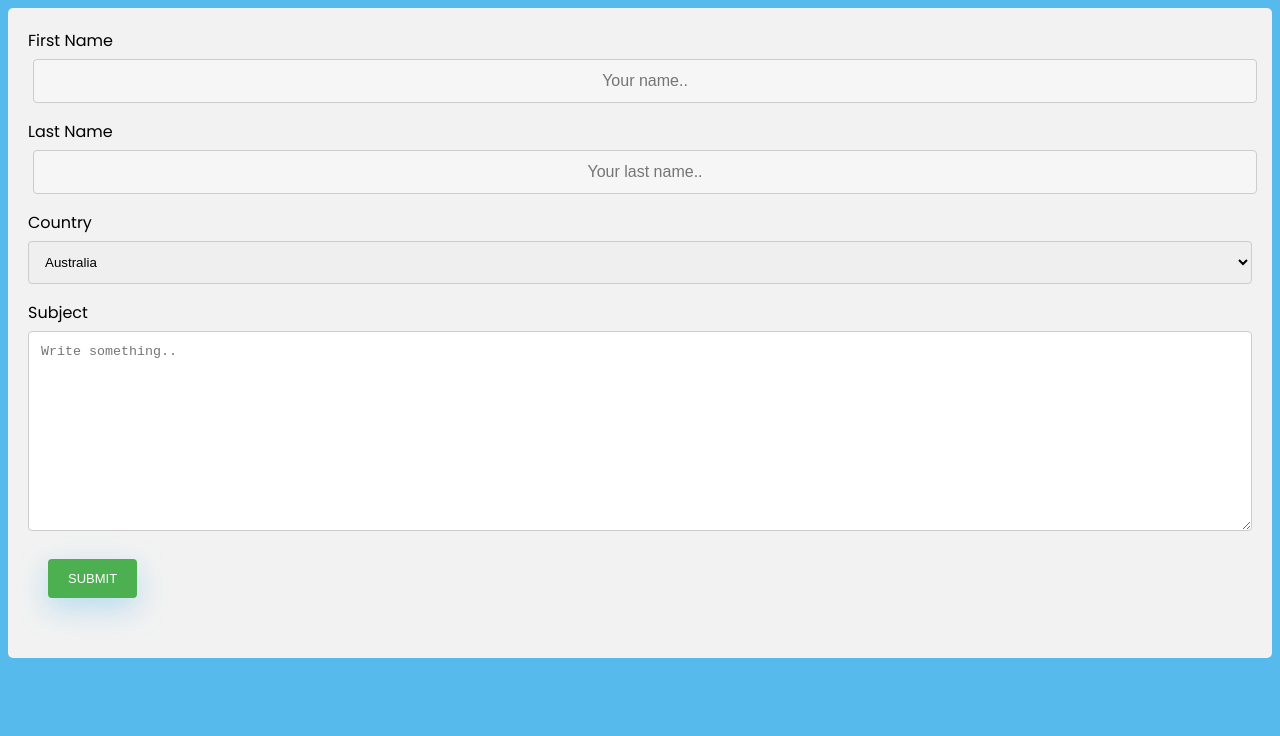
Repository: jas-fullstack/demomean
Page: /contact-us (app in Angular 6/)
The author's editor kept a copy of each file at every save. The page is drawn from the files as they stood at one save, then again after a run of saves.
The browser window is 1280 px wide. The pictures show the whole page.
The project was rebuilt for these pictures with package versions that can differ from the ones it lists, and the page was loaded fresh each time. Also part of the build but not shown: Angular 6/angular.json, Angular 6/src/app/user/user.component.ts, Angular 6/src/app/user/sign-up/sign-up.component.ts, Angular 6/src/app/user/sign-in/sign-in.component.ts, Angular 6/src/app/user-profile/user-profile.component.ts.

Above is the page before, as saved 2018-10-04 14:18:57.

### Angular 6/src/styles.css
/* You can add global styles to this file, and also import other style files */
@import url('https://fonts.googleapis.com/css?family=Poppins');

/* BASIC */

html {
  background-color: #56baed;
}

body {
  font-family: "Poppins", sans-serif;
  height: 100vh;
}

a {
  color: #92badd;
  display:inline-block;
  text-decoration: none;
  font-weight: 400;
}

h2 {
  text-align: center;
  font-size: 16px;
  font-weight: 600;
  text-transform: uppercase;
  display:inline-block;
  margin: 40px 8px 10px 8px;
  color: #cccccc;
}



/* STRUCTURE */

.wrapper {
  display: flex;
  align-items: center;
  flex-direction: column;
  justify-content: center;
  width: 100%;
  padding: 20px;
}

#formContent {
  -webkit-border-radius: 10px 10px 10px 10px;
  border-radius: 10px 10px 10px 10px;
  background: #fff;
  padding: 30px;
  width: 90%;
  max-width: 450px;
  position: relative;
  padding: 0px;
  -webkit-box-shadow: 0 30px 60px 0 rgba(0,0,0,0.3);
  box-shadow: 0 30px 60px 0 rgba(0,0,0,0.3);
  text-align: center;
}

#formFooter {
  background-color: #f6f6f6;
  border-top: 1px solid #dce8f1;
  padding: 25px;
  text-align: center;
  -webkit-border-radius: 0 0 10px 10px;
  border-radius: 0 0 10px 10px;
}



/* TABS */

h2.inactive {
  color: #cccccc;
}

h2.active {
  color: #0d0d0d;
  border-bottom: 2px solid #5fbae9;
}



/* FORM TYPOGRAPHY*/

input[type=button], input[type=submit], input[type=reset]  {
  cursor: pointer;
  background-color: #56baed;
  border: none;
  color: white;
  padding: 15px 80px;
  text-align: center;
  text-decoration: none;
  display: inline-block;
  text-transform: uppercase;
  font-size: 13px;
  -webkit-box-shadow: 0 10px 30px 0 rgba(95,186,233,0.4);
  box-shadow: 0 10px 30px 0 rgba(95,186,233,0.4);
  -webkit-border-radius: 5px 5px 5px 5px;
  border-radius: 5px 5px 5px 5px;
  margin: 5px 20px 40px 20px;
  -webkit-transition: all 0.3s ease-in-out;
  -moz-transition: all 0.3s ease-in-out;
  -ms-transition: all 0.3s ease-in-out;
  -o-transition: all 0.3s ease-in-out;
  transition: all 0.3s ease-in-out;
}

input[type=button]:hover, input[type=submit]:hover, input[type=reset]:hover  {
  background-color: #39ace7;
}

input[type=button]:active, input[type=submit]:active, input[type=reset]:active  {
  -moz-transform: scale(0.95);
  -webkit-transform: scale(0.95);
  -o-transform: scale(0.95);
  -ms-transform: scale(0.95);
  transform: scale(0.95);
}

input[type=submit]:disabled{
  background-color: grey;
  color: white;
}

input[type=text],input[type=password] {
  background-color: #f6f6f6;
  border: none;
  color: #0d0d0d;
  padding: 15px 32px;
  text-align: center;
  text-decoration: none;
  display: inline-block;
  font-size: 16px;
  margin: 5px;
  width: 85%;
  border: 2px solid #f6f6f6;
  -webkit-transition: all 0.5s ease-in-out;
  -moz-transition: all 0.5s ease-in-out;
  -ms-transition: all 0.5s ease-in-out;
  -o-transition: all 0.5s ease-in-out;
  transition: all 0.5s ease-in-out;
  -webkit-border-radius: 5px 5px 5px 5px;
  border-radius: 5px 5px 5px 5px;
}

input[type=text]:focus,input[type=password]:focus {
  background-color: #fff;
  border-bottom: 2px solid #5fbae9;
}

input[type=text]:placeholder {
  color: #cccccc;
}

input[type=text].invalid-textbox,input[type=password].invalid-textbox{
border-bottom: 2px solid #ed5558;
}

label.validation-message{
  color:#ed5558;
}



/* ANIMATIONS */

/* Simple CSS3 Fade-in-down Animation */
.fadeInDown {
  -webkit-animation-name: fadeInDown;
  animation-name: fadeInDown;
  -webkit-animation-duration: 1s;
  animation-duration: 1s;
  -webkit-animation-fill-mode: both;
  animation-fill-mode: both;
}

@-webkit-keyframes fadeInDown {
  0% {
    opacity: 0;
    -webkit-transform: translate3d(0, -100%, 0);
    transform: translate3d(0, -100%, 0);
  }
  100% {
    opacity: 1;
    -webkit-transform: none;
    transform: none;
  }
}

@keyframes fadeInDown {
  0% {
    opacity: 0;
    -webkit-transform: translate3d(0, -100%, 0);
    transform: translate3d(0, -100%, 0);
  }
  100% {
    opacity: 1;
    -webkit-transform: none;
    transform: none;
  }
}

/* Simple CSS3 Fade-in Animation */
@-webkit-keyframes fadeIn { from { opacity:0; } to { opacity:1; } }
@-moz-keyframes fadeIn { from { opacity:0; } to { opacity:1; } }
@keyframes fadeIn { from { opacity:0; } to { opacity:1; } }

.fadeIn {
  opacity:0;
  -webkit-animation:fadeIn ease-in 1;
  -moz-animation:fadeIn ease-in 1;
  animation:fadeIn ease-in 1;

  -webkit-animation-fill-mode:forwards;
  -moz-animation-fill-mode:forwards;
  animation-fill-mode:forwards;

  -webkit-animation-duration:1s;
  -moz-animation-duration:1s;
  animation-duration:1s;
}

.fadeIn.first {
  -webkit-animation-delay: 0.4s;
  -moz-animation-delay: 0.4s;
  animation-delay: 0.4s;
}

.fadeIn.second {
  -webkit-animation-delay: 0.6s;
  -moz-animation-delay: 0.6s;
  animation-delay: 0.6s;
}

.fadeIn.third {
  -webkit-animation-delay: 0.8s;
  -moz-animation-delay: 0.8s;
  animation-delay: 0.8s;
}

.fadeIn.fourth {
  -webkit-animation-delay: 1s;
  -moz-animation-delay: 1s;
  animation-delay: 1s;
}

/* Simple CSS3 Fade-in Animation */
.underlineHover:after {
  display: block;
  left: 0;
  bottom: -10px;
  width: 0;
  height: 2px;
  background-color: #56baed;
  content: "";
  transition: width 0.2s;
}

.underlineHover:hover {
  color: #0d0d0d;
}

.underlineHover:hover:after{
  width: 100%;
}



/* OTHERS */

*:focus {
    outline: none;
}

#icon {
  width:50%;
}

* {
  box-sizing: border-box;
}


.alert {
  padding: 20px;
  background-color: #f44336; /* Red */
  color: white;
  margin-bottom: 15px;
}

.success{
  padding: 20px;
  background-color:#249424; /* Green */
  color: white;
  margin-bottom: 15px;
}

/* Table Styles */
.table-fill {
  background: white;
  border-radius:3px;
  border-collapse: collapse;
  height: 320px;
  margin: auto;
  max-width: 600px;
  padding:5px;
  width: 100%;
  box-shadow: 0 5px 10px rgba(0, 0, 0, 0.1);
  animation: float 5s infinite;
}

th {
  color:#D5DDE5;;
  background:#1b1e24;
  border-bottom:4px solid #9ea7af;
  border-right: 1px solid #343a45;
  font-size:23px;
  font-weight: 100;
  padding:24px;
  text-align:left;
  text-shadow: 0 1px 1px rgba(0, 0, 0, 0.1);
  vertical-align:middle;
}

th:first-child {
  border-top-left-radius:3px;
}

th:last-child {
  border-top-right-radius:3px;
  border-right:none;
}

tr {
  border-top: 1px solid #C1C3D1;
  border-bottom-: 1px solid #C1C3D1;
  color:#666B85;
  font-size:16px;
  font-weight:normal;
  text-shadow: 0 1px 1px rgba(256, 256, 256, 0.1);
}

tr:first-child {
  border-top:none;
}

tr:last-child {
  border-bottom:none;
}

tr:nth-child(odd) td {
  background:#EBEBEB;
}

tr:last-child td:first-child {
  border-bottom-left-radius:3px;
}

tr:last-child td:last-child {
  border-bottom-right-radius:3px;
}

td {
  background:#FFFFFF;
  padding:20px;
  text-align:left;
  vertical-align:middle;
  font-weight:300;
  font-size:18px;
  text-shadow: -1px -1px 1px rgba(0, 0, 0, 0.1);
  border-right: 1px solid #C1C3D1;
}

td:last-child {
  border-right: 0px;
}

th.text-left {
  text-align: left;
}

th.text-center {
  text-align: center;
}

th.text-right {
  text-align: right;
}

td.text-left {
  text-align: left;
}

td.text-center {
  text-align: center;
}

td.text-right {
  text-align: right;
}

### Angular 6/src/app/app.module.ts
// built-in
import { BrowserModule } from '@angular/platform-browser';
import { NgModule } from '@angular/core';
import { FormsModule } from '@angular/forms';
import { RouterModule } from '@angular/router';
import { HttpClientModule,HTTP_INTERCEPTORS } from '@angular/common/http';
// components
import { AppComponent } from './app.component';
import { UserComponent } from './user/user.component';
import { SignUpComponent } from './user/sign-up/sign-up.component';
//routes
import { appRoutes } from './routes';
import { UserProfileComponent } from './user-profile/user-profile.component';
import { SignInComponent } from './user/sign-in/sign-in.component';
import { UserService } from './shared/user.service';
//other
import { AuthGuard } from './auth/auth.guard';
import { AuthInterceptor } from './auth/auth.interceptor';
import { ContactusComponent } from './contactus/contactus.component';

@NgModule({
  declarations: [
    AppComponent,
    UserComponent,
    SignUpComponent,
    UserProfileComponent,
    SignInComponent,
    ContactusComponent
  ],
  imports: [
    BrowserModule,
    FormsModule,
    RouterModule.forRoot(appRoutes),
    HttpClientModule
  ],
  providers: [{
    provide: HTTP_INTERCEPTORS,
    useClass: AuthInterceptor,
    multi: true
  },AuthGuard,UserService],
  bootstrap: [AppComponent]
})
export class AppModule { }

### Angular 6/src/environments/environment.ts
// This file can be replaced during build by using the `fileReplacements` array.
// `ng build ---prod` replaces `environment.ts` with `environment.prod.ts`.
// The list of file replacements can be found in `angular.json`.

export const environment = {
  production: false,
  apiBaseUrl: 'http://localhost:3002/api'
};

/*
 * In development mode, to ignore zone related error stack frames such as
 * `zone.run`, `zoneDelegate.invokeTask` for easier debugging, you can
 * import the following file, but please comment it out in production mode
 * because it will have performance impact when throw error
 */
// import 'zone.js/dist/zone-error';  // Included with Angular CLI.

### Angular 6/src/app/routes.ts
import { Routes } from '@angular/router';
import { UserComponent } from './user/user.component';
import { SignUpComponent } from './user/sign-up/sign-up.component';
import { SignInComponent } from './user/sign-in/sign-in.component';
import { UserProfileComponent } from './user-profile/user-profile.component';
import { AuthGuard } from './auth/auth.guard';
import { ContactusComponent } from './contactus/contactus.component';

export const appRoutes: Routes = [
    {
        path: 'signup', component: UserComponent,
        children: [{ path: '', component: SignUpComponent }]
    },
    {
        path: 'login', component: UserComponent,
        children: [{ path: '', component: SignInComponent }]
    },
    {
        path: 'contact-us', component: ContactusComponent,
    },
    {
        path: 'userprofile', component: UserProfileComponent,canActivate:[AuthGuard]
    },
    {
        path: '', redirectTo: '/login', pathMatch: 'full'
    },

];

### Angular 6/src/app/shared/user.service.ts
import { Injectable } from '@angular/core';
import { HttpClient, HttpHeaders } from '@angular/common/http';

import { environment } from '../../environments/environment';
import { User } from './user.model';

@Injectable({
  providedIn: 'root'
})
export class UserService {
  selectedUser: User = {
    fullName: '',
    email: '',
    password: ''
  };

  noAuthHeader = { headers: new HttpHeaders({ 'NoAuth': 'True' }) };

  constructor(private http: HttpClient) { }

  //HttpMethods

  postUser(user: User){
    return this.http.post(environment.apiBaseUrl+'/register',user,this.noAuthHeader);
  }

  login(authCredentials) {
    return this.http.post(environment.apiBaseUrl + '/authenticate', authCredentials,this.noAuthHeader);
  }

  getUserProfile() {
    return this.http.get(environment.apiBaseUrl + '/userProfile');
  }


  //Helper Methods

  setToken(token: string) {
    localStorage.setItem('token', token);
  }

  getToken() {
    return localStorage.getItem('token');
  }

  deleteToken() {
    localStorage.removeItem('token');
  }

  getUserPayload() {
    var token = this.getToken();
    if (token) {
      var userPayload = atob(token.split('.')[1]);
      return JSON.parse(userPayload);
    }
    else
      return null;
  }

  isLoggedIn() {
    var userPayload = this.getUserPayload();
    if (userPayload)
      return userPayload.exp > Date.now() / 1000;
    else
      return false;
  }
}

### Angular 6/src/app/contactus/contactus.component.html
<div class="container">
  <form action="action_page.php">

    <label for="fname">First Name</label>
    <input type="text" id="fname" name="firstname" placeholder="Your name..">

    <label for="lname">Last Name</label>
    <input type="text" id="lname" name="lastname" placeholder="Your last name..">

    <label for="country">Country</label>
    <select id="country" name="country">
      <option value="australia">Australia</option>
      <option value="canada">Canada</option>
      <option value="usa">USA</option>
    </select>

    <label for="subject">Subject</label>
    <textarea id="subject" name="subject" placeholder="Write something.." style="height:200px"></textarea>

    <input type="submit" value="Submit">

  </form>
</div>

### Angular 6/src/app/contactus/contactus.component.css
/* Style inputs with type="text", select elements and textareas */
input[type=text], select, textarea {
    width: 100%; /* Full width */
    padding: 12px; /* Some padding */
    border: 1px solid #ccc; /* Gray border */
    border-radius: 4px; /* Rounded borders */
    box-sizing: border-box; /* Make sure that padding and width stays in place */
    margin-top: 6px; /* Add a top margin */
    margin-bottom: 16px; /* Bottom margin */
    resize: vertical /* Allow the user to vertically resize the textarea (not horizontally) */
}

/* Style the submit button with a specific background color etc */
input[type=submit] {
    background-color: #4CAF50;
    color: white;
    padding: 12px 20px;
    border: none;
    border-radius: 4px;
    cursor: pointer;
}

/* When moving the mouse over the submit button, add a darker green color */
input[type=submit]:hover {
    background-color: #45a049;
}

/* Add a background color and some padding around the form */
.container {
    border-radius: 5px;
    background-color: #f2f2f2;
    padding: 20px;
}

Loaded but not shown: Angular 6/src/index.html (common file); Angular 6/src/main.ts (common file); Angular 6/src/app/app.component.ts (common file); Angular 6/src/app/auth/auth.guard.ts (common file); Angular 6/src/app/auth/auth.interceptor.ts (common file); Angular 6/src/app/contactus/contactus.component.ts (common file); Angular 6/src/app/app.component.html (common file); Angular 6/src/app/app.component.css (no stored copy; drawn as an empty file)

After the next 4 saves:
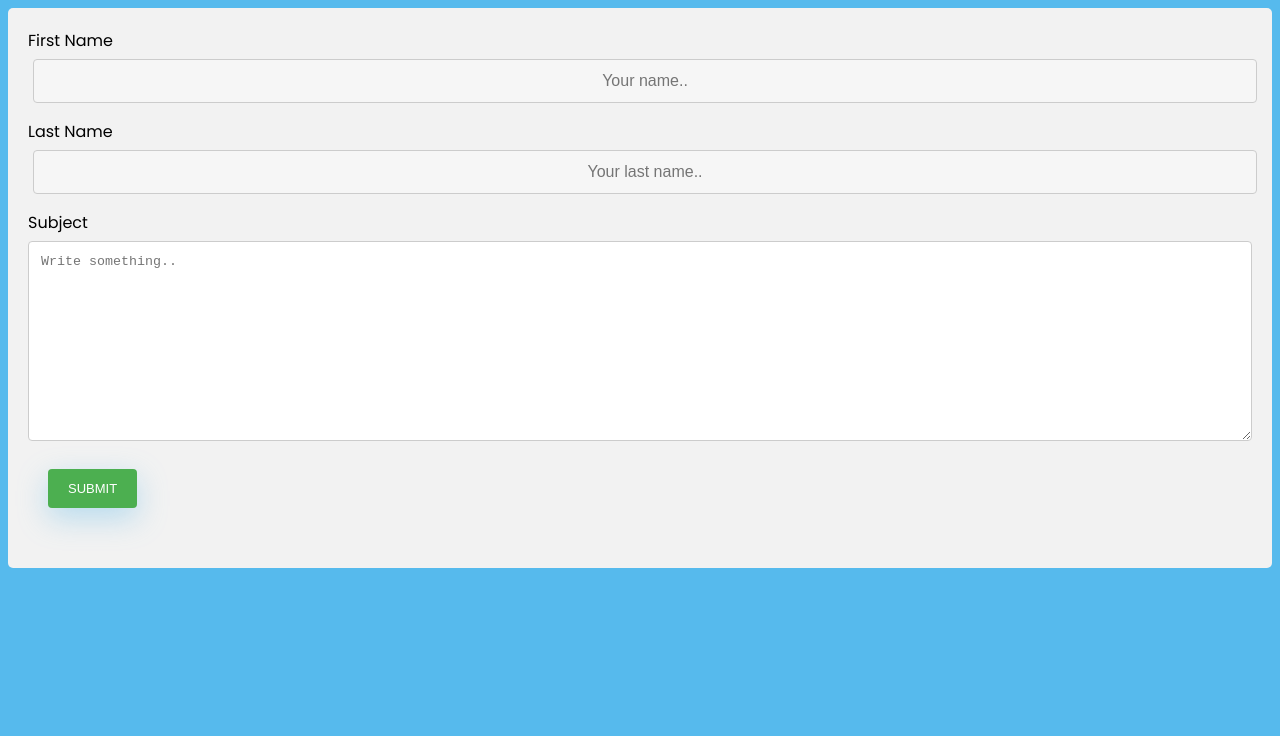
The 4 saves are shown as one change because they came seconds apart.
The last was saved 33 s later.
--- a/Angular 6/src/app/contactus/contactus.component.html
+++ b/Angular 6/src/app/contactus/contactus.component.html
@@ -7,13 +7,6 @@
     <label for="lname">Last Name</label>
     <input type="text" id="lname" name="lastname" placeholder="Your last name..">
 
-    <label for="country">Country</label>
-    <select id="country" name="country">
-      <option value="australia">Australia</option>
-      <option value="canada">Canada</option>
-      <option value="usa">USA</option>
-    </select>
-
     <label for="subject">Subject</label>
     <textarea id="subject" name="subject" placeholder="Write something.." style="height:200px"></textarea>
 
